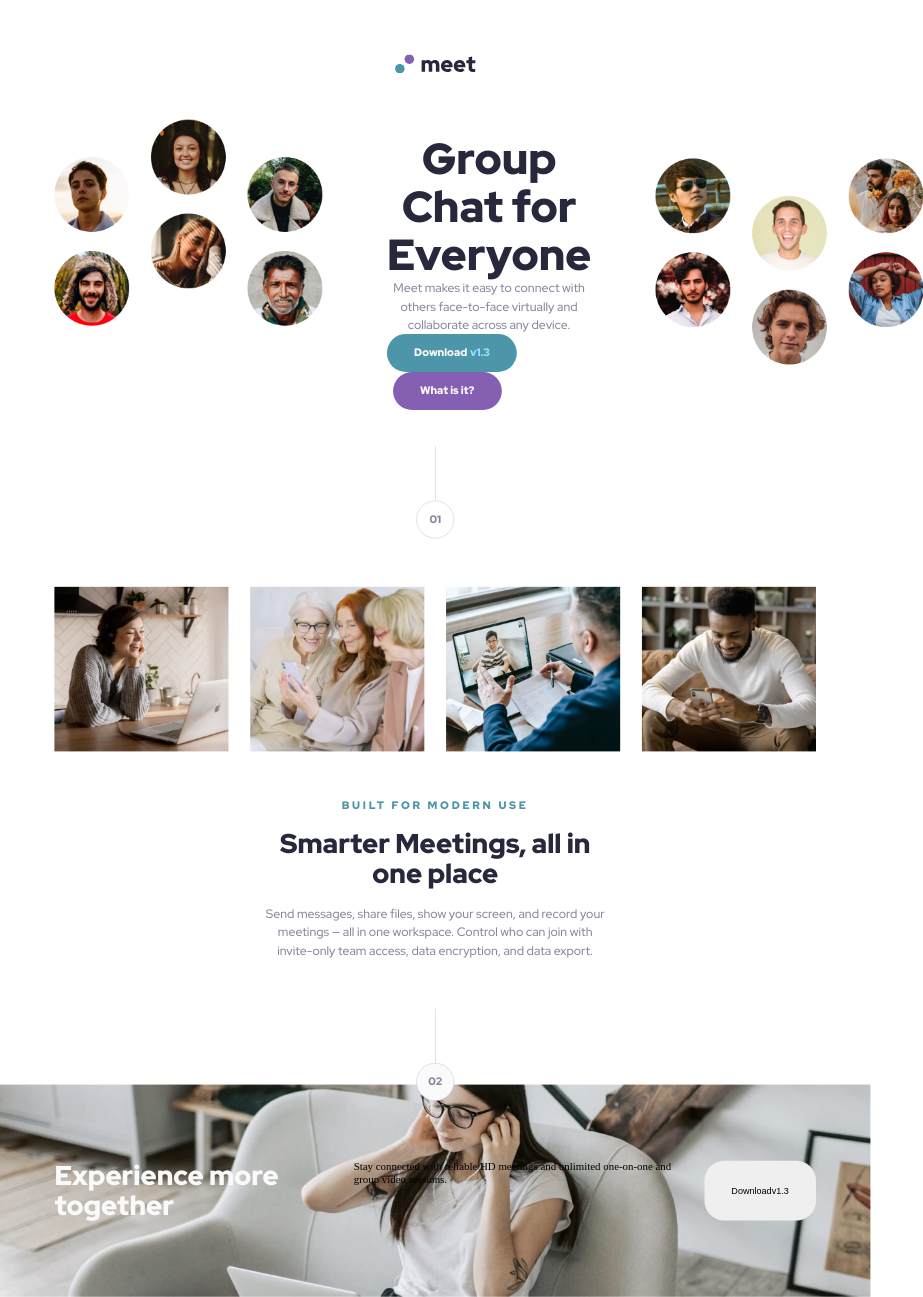
Repository: brandontaylor1/meet-landing-page
Page: index.html
An editor plug-in stored every save of this project. The page is shown before and after the next save, followed by the edit.
The browser window is 1280 px wide. The page is 1358 px wide, so the pictures cover 1358 px, including what lies to the right of the window. The pictures show the whole page, at 68% of full size.

Above is the page before, as saved 2025-01-11 22:37:31.

### index.html
<!DOCTYPE html>
<html lang="en">
<head>
    <meta charset="UTF-8">
    <meta name="viewport" content="width=device-width, initial-scale=1.0">
    <link rel="preconnect" href="https://fonts.googleapis.com">
    <link rel="preconnect" href="https://fonts.gstatic.com" crossorigin>
    <link href="https://fonts.googleapis.com/css2?family=Red+Hat+Display:ital,wght@0,300..900;1,300..900&display=swap" rel="stylesheet">
    <link rel="stylesheet" href="styles.css">
    <title>Meet Landing Page</title>
</head>
<body>
    <nav class="navbar">
        <div class="logo-container">
            <img src="./assets/images/logo.svg" alt="meet logo">
        </div>
    </nav>
    <section class="hero-section">
        <img src="./assets/images/image-hero-left.png" class="left-faces" alt="Left Faces">
        <div class="hero-content">
            <h1>Group Chat for Everyone</h1>
            <p>Meet makes it easy to connect with others face-to-face virtually and collaborate across any device.</p>
            <div class="btn-container">
                <button class="hero-btn" id="downloadBtn">Download<span>v1.3</span></button>
                <button class="hero-btn" id="whatisitBtn">What is it?</button>
            </div>
        </div>
        <img src="./assets/images/image-hero-right.png" class="right-faces" alt="Right Faces">
    </section>

    <section class="main-content">
        <div class="content">
            <div class="design-container">
                <div class="gray-line"></div>
                <div class="gray-circle">01</div>
            </div>
            <div class="image-container">
                <img src="./assets/images/image-woman-in-videocall.jpg" alt="woman on video call">
                <img src="./assets/images/image-women-videochatting.jpg" alt="women vidoechatting">
                <img src="./assets/images/image-men-in-meeting.jpg" alt="men in a meeting">
                <img src="./assets/images/image-man-texting.jpg" alt="man texting">
            </div>
            <div class="text-container">
                <h3>Built for Modern Use</h3>
                <h2>Smarter Meetings, all in one place</h2>
                <p>Send messages, share files, show your screen, and record your meetings — all in one workspace. Control who can join with invite-only team access, data encryption, and data export.</p>
            </div>
        </div>
    </section>
    <div class="design-container">
        <div class="gray-line"></div>
        <div class="gray-circle white">02</div>
    </div>
    <section class="footer">
        <div class="footer-grid">
            <h2>Experience more together</h2>
            <p>Stay connected with reliable HD meetings and unlimited one-on-one and group video sessions.</p>
            <button class="hero-btn">Download<span>v1.3</span></button>
        </div>
    </section>

</body>
</html>

### styles.css
* {
    margin: 0;
    padding: 0;
    box-sizing: border-box
}

:root {
    --color-white: #FAFAFA;
    --color-slate: #87879D;
    --color-lightslate: #D1D1DF;
    --color-darkslate: #28283D;
    --color-cyan: #4D96A9;
    --color-purple: #855FB1;
    --color-lightcyan: #8FE3F9;
    --color-lightpurple: #D9B8FF;

    font-size: 16px;

}

.white {
    background-color: var(--color-white);
}

.navbar {
    display: flex;
    padding: 80px 80px 0px 80px;
    flex-direction: column;
    justify-content: flex-end;
    align-items: center;
    gap: var(--spacing-100, 8px);
    align-self: stretch;

}

.hero-section {
    display: flex;
    justify-content: space-between;
    align-items: center;
    padding: 4rem 5rem;
    height: 488px;
}

.left-faces {
    padding-right: 95px;
    padding-bottom: 57px;
}

.right-faces {
    padding-left: 95px;
    padding-top: 57px;
}

.hero-content {
    display: flex;
    flex-direction: column;
    align-items: center;
    justify-content: space-between;
    width: 448px;
    height: 314px;

}

.hero-content h1 {
    font-family: "Red Hat Display", sans-serif;
    font-size: 4rem;
    font-weight: 900;
    line-height: 110%;
    color: var(--color-darkslate);
    text-align: center;
}

.hero-content p {
    font-family: "Red Hat Display", sans-serif;
    font-size: 18px;
    font-weight: 500;
    line-height: 150%;
    color: var(--color-slate);
    text-align: center;

}

.hero-btn {
    padding: 16px 40px;
    border-radius: 29px;
    border: none;

}

#downloadBtn {
    background-color: var(--color-cyan);
    color: var(--color-white);
    font-size: 16px;
    font-family: "Red Hat Display", sans-serif;
    font-weight: 900;
    line-height: 150%;
    margin-right: 8.5px;
}

#downloadBtn span {
    margin-left: 4px;
    color: var(--color-lightcyan);

}

#whatisitBtn {
    background-color: var(--color-purple);
    color: var(--color-white);
    font-size: 16px;
    font-family: "Red Hat Display", sans-serif;
    font-weight: 900;
    line-height: 150%;
    margin-left: 8.5px;
}

.main-content {
    display: flex;
    flex-direction: column;
    align-items: center;
    justify-content: center;
    height: 883px;
    padding: 56px 80px 72px 80px;
}

.content {
    display: flex;
    flex-direction: column;
    align-items: center;
    justify-content: space-between;
    height: 755px;
}

.design-container {
    display: flex;
    justify-content: center;
    align-items: center;
    flex-direction: column;

}

.gray-line {
    width: 1px;
    height: 80px;
    background-color:  var(--color-lightslate);
}

.gray-circle {
    width: 56px;
    height: 56px;
    display: flex;
    align-items: center;
    justify-content: center;
    border-radius: 50%;
    border: 1px solid var(--color-lightslate);
    color: var(--color-slate);
    font-size: 16px;
    font-family: "Red Hat Display", sans-serif;
    font-weight: 900;
    line-height: 150%;
}

.image-container {
    display: grid;
    grid-template-columns: repeat(4, 1fr);
    gap: 32px;
}

.image-container img {
    width: 256px;
    height: auto;
}

.text-container {
    width: 500px;
    height: 235px;
    display: flex;
    flex-direction: column;
    align-items: center;
    justify-content: space-between;
}

.text-container h3 {
    font-family: "Red Hat Display", sans-serif;
    font-size: 16px;
    font-weight: 900;
    line-height: 110%;
    text-transform: uppercase;
    letter-spacing: 4px;
    color: var(--color-cyan);
}

.text-container h2 {
    font-family: "Red Hat Display", sans-serif;
    font-size: 40px;
    font-style: normal;
    font-weight: 900;
    line-height: 110%;
    text-align: center;
    color: var(--color-darkslate);
}

.text-container p {
    font-family: "Red Hat Display", sans-serif;
    font-size: 18px;
    font-style: normal;
    font-weight: 500;
    line-height: 150%;
    text-align: center;
    color: var(--color-slate)
}


.footer {
    padding: 7rem 5rem;
    display: flex;
    align-items: center;
    justify-content: center;
    background-image: url("./assets/images/image-footer.jpg");
    background-size: cover;
    background-position: center;
    background-repeat: no-repeat;
    margin-top: -1.5rem;

}

.footer-grid {
    display: flex;
    align-items: left;
    justify-content: center;
    grid-template-columns: repeat(3, 1fr);
    width: 70rem;
    gap: 32px;

}

.footer-grid h2 {
    font-family: "Red Hat Display", sans-serif;
    font-size: 2.5rem;
    font-weight: 900;
    line-height: 110%;
    color: var(--color-white);

}

After the next save:
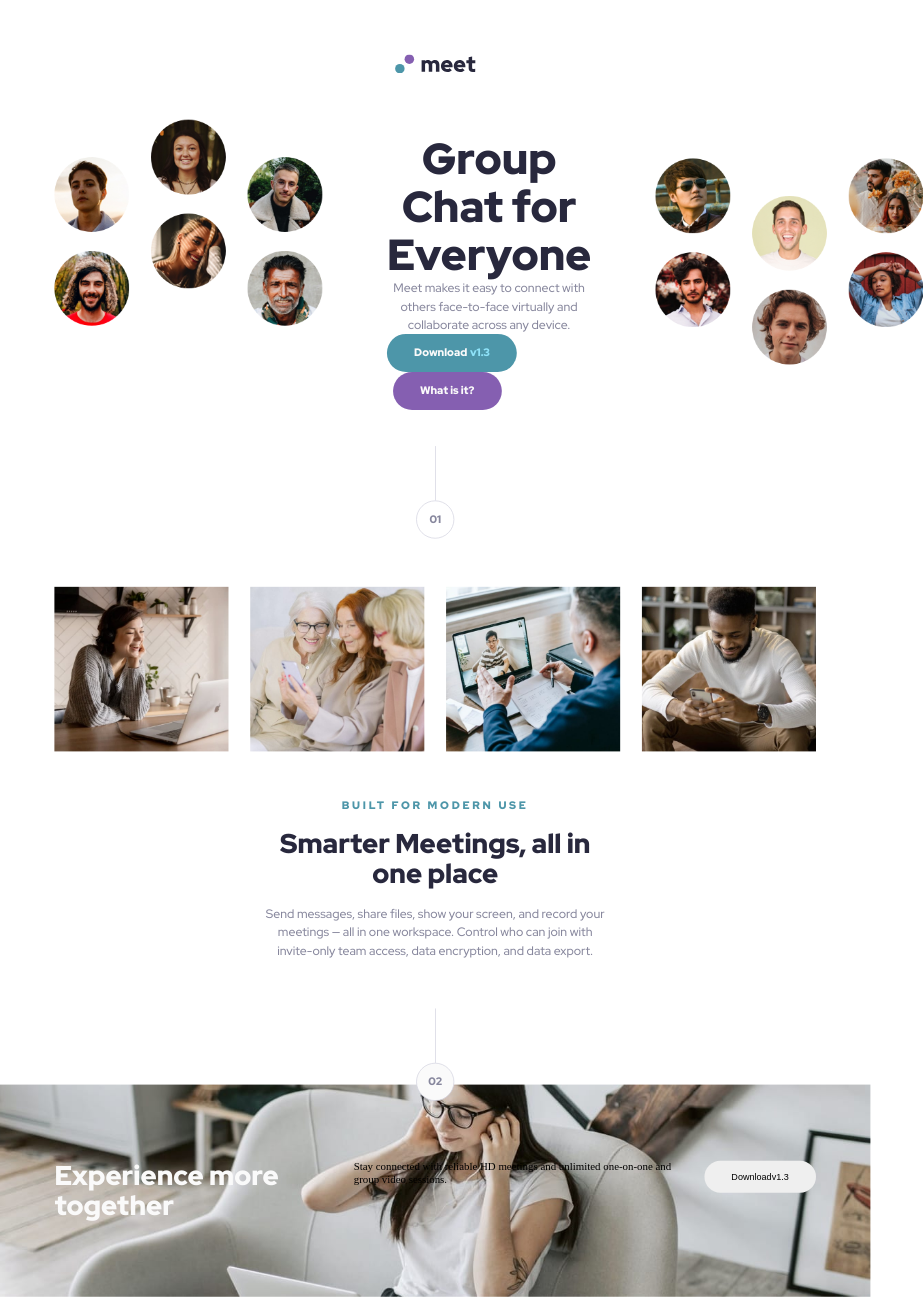
Saved 12 s later.
--- a/styles.css
+++ b/styles.css
@@ -225,7 +225,7 @@
 
 .footer-grid {
     display: flex;
-    align-items: left;
+    align-items: flex-start;
     justify-content: center;
     grid-template-columns: repeat(3, 1fr);
     width: 70rem;
